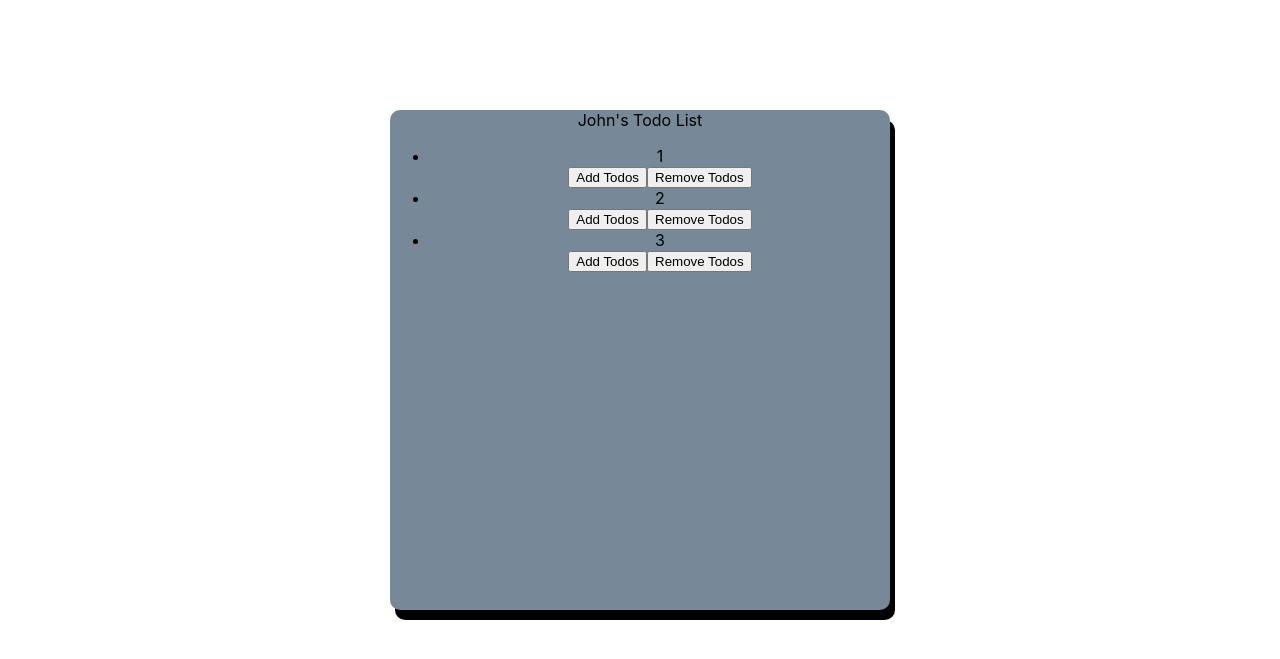
Repository: JohnKang0720/Simple-Todo-List
Page: /
These files come from the project's save history. The page is drawn as it stood at one moment and after the next save; the edit follows.
The browser window is 1280 px wide. The pictures show the whole page.
The project was rebuilt for these pictures with package versions that can differ from the ones it lists, and the page was loaded fresh each time.

Above is the page before, as saved 2021-05-24 21:48:17.

### src/App.js
import logo from './logo.svg';
import './App.css';
import TodoList from './TodoList'
import {taskContext} from './TodoList'
import React, {useContext, useState} from 'react'
import Todoform from './Todoform';


function App() {

  return (
    <TodoList >

    <div className="App">
     John's Todo List
   <Todoform />
    </div>
    </TodoList>

  );
}

export default App;

### src/App.css
.App {
  text-align: center;
}

.App-logo {
  height: 40vmin;
  pointer-events: none;
}

@media (prefers-reduced-motion: no-preference) {
  .App-logo {
    animation: App-logo-spin infinite 20s linear;
  }
}

.App-header {
  background-color: #282c34;
  min-height: 100vh;
  display: flex;
  flex-direction: column;
  align-items: center;
  justify-content: center;
  font-size: calc(10px + 2vmin);
  color: white;
}

.App-link {
  color: #61dafb;
}
body,html{
  width: 100%;
  height: 100%;
  display: flex;
  align-items: center;
  justify-content:center;
}
.App{
  background: lightslategray;
  width: 500px;
  height: 500px;
  position: relative;
  border-radius: 10px;
  box-shadow: 5px 10px;


}

@keyframes App-logo-spin {
  from {
    transform: rotate(0deg);
  }
  to {
    transform: rotate(360deg);
  }
}

### src/TodoList.js
import React, {useState, createContext} from 'react'
import Todoform from './Todoform'

export const taskContext = createContext(null)
const TodoList = (props) => {

 const [input, setInput] = useState([
  {task: "Read", id: 1},
  {task: "Dishes", id: 2},
  {task: "HW", id: 3}
 ])

 return(
    <taskContext.Provider value = {{input}}>
    {props.children}
    </taskContext.Provider>
 )
}

export default TodoList

### src/Todoform.js
import React, {useContext} from 'react'
import {taskContext} from './TodoList'
import List from './List'
function Todoform() {
    const {input} = useContext(taskContext)
    return (

        <ul>
            {/* why does it have to be "input??" */}
            {input.map((task) => {
            return (

            <List task = {task}/>


            )
            })}
        </ul>

    )
}

export default Todoform

### src/List.js
import React from 'react'

function List({task}) {
    return (
        <li>
            <span> {task.id}</span>
            <div>
                <button> Add Todos </button>
                <button> Remove Todos </button>
            </div>
        </li>

    )
}

export default List

Loaded but not shown: public/index.html (common file); src/index.js (common file); src/index.css (common file); src/reportWebVitals.js (common file)

After the next save:
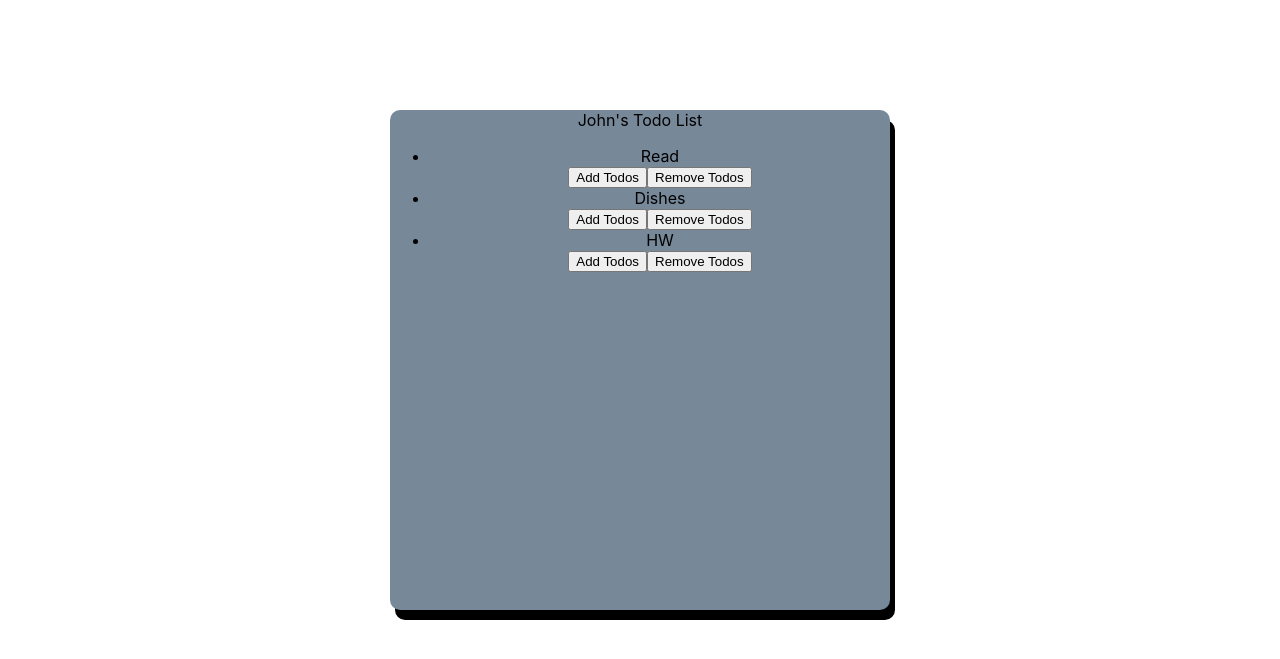
Saved 5 s later.
--- a/src/List.js
+++ b/src/List.js
@@ -3,7 +3,7 @@ import React from 'react'
 function List({task}) {
     return (
         <li>
-            <span> {task.id}</span>
+            <span> {task.task}</span>
             <div>
                 <button> Add Todos </button>
                 <button> Remove Todos </button>
